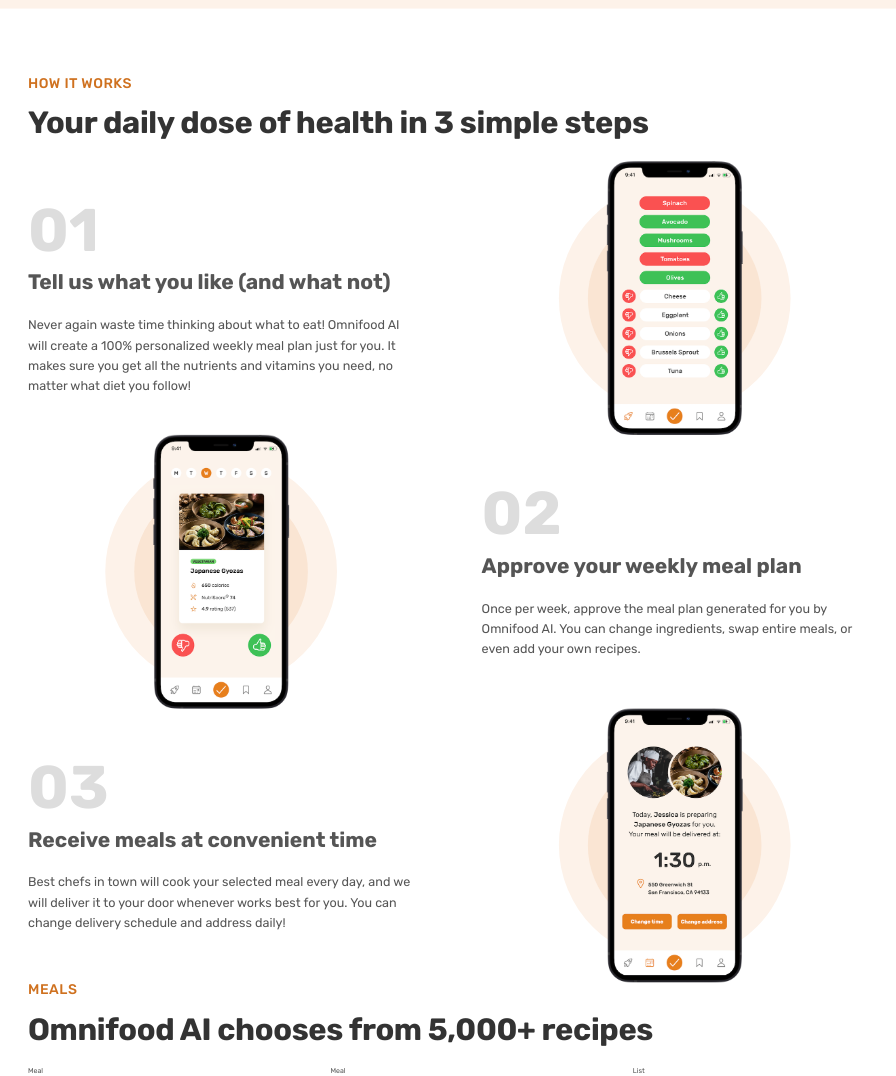
Repository: WefsCao/Omnifood
Page: index.html
These files come from the project's save history. The page is drawn as it stood at one moment and after the next save; the edit follows.
The browser window is 1280 px wide. The pictures show the part of the page from y = 805 to 2725 px (the page is 2342 px tall before and 2725 px after), at 70% of full size.

Above is the page before, as saved 2022-06-05 14:34:26.

### index.html
<!DOCTYPE html>
<html lang="en">
  <head>
    <meta charset="UTF-8" />
    <meta http-equiv="X-UA-Compatible" content="IE=edge" />
    <meta name="viewport" content="width=device-width, initial-scale=1.0" />

    <link rel="preconnect" href="https://fonts.googleapis.com" />
    <link rel="preconnect" href="https://fonts.gstatic.com" crossorigin />
    <link
      href="https://fonts.googleapis.com/css2?family=Rubik:wght@400;500;600;700&display=swap"
      rel="stylesheet"
    />
    <link rel="stylesheet" href="./css/general.css" />
    <link rel="stylesheet" href="./css/style.css" />
    <title>Omnifood</title>
  </head>
  <body>
    <header class="header">
      <img class="logo" src="img/omnifood-logo.png" alt="heder of logo" />

      <nav class="nav-main">
        <ul class="nav-main-list">
          <li><a href="#" class="nav-main-link">How it works</a></li>
          <li><a href="#" class="nav-main-link">Meals</a></li>
          <li><a href="#" class="nav-main-link">Testimonial</a></li>
          <li><a href="#" class="nav-main-link">Pricing</a></li>
          <li><a href="#" class="nav-main-link nav-cta">Try for free</a></li>
        </ul>
      </nav>
    </header>
    <main>
      <section class="section-hero">
        <div class="hero">
          <div class="hero-text-box">
            <h1 class="heading-primary">
              A healthy meal delivered to your door, every single day
            </h1>
            <p class="hero-description">
              The smart 365-days-per-year food subscription that will make you
              eat healthy again. Tailored to your personal tastes and
              nutritional needs.
            </p>
            <a href="#" class="btn btn--full margin-ringht-sm"
              >Start eating well</a
            >
            <a href="#" class="btn btn--outline">Learn more &darr;</a>
            <div class="delivered-meals">
              <div class="delivered-imgs">
                <img src="img/customers/customer-1.jpg" />
                <img src="img/customers/customer-2.jpg" />
                <img src="img/customers/customer-3.jpg" />
                <img src="img/customers/customer-4.jpg" />
                <img src="img/customers/customer-5.jpg" />
                <img src="img/customers/customer-6.jpg" />
              </div>
              <div class="delivered-text">
                <span>250,000+ </span>meals last year!
              </div>
            </div>
          </div>
          <div class="hero-img-box">
            <img src="img/hero.png" alt="Hero of image" class="hero-img" />
          </div>
        </div>
      </section>
      <section class="section-how">
        <div class="step-title container">
          <span class="subtitle">How it works</span>
          <h2 class="heading-secondary">
            Your daily dose of health in 3 simple steps
          </h2>
        </div>

        <!-- STEP 01 -->
        <div class="step-content container grid grid--2-cols">
          <div class="step-text-box">
            <div class="step-number">01</div>
            <h3 class="heading-tertiary">
              Tell us what you like (and what not)
            </h3>
            <p class="step-text">
              Never again waste time thinking about what to eat! Omnifood AI
              will create a 100% personalized weekly meal plan just for you. It
              makes sure you get all the nutrients and vitamins you need, no
              matter what diet you follow!
            </p>
          </div>
          <div class="step-img-box">
            <img
              class="step-img"
              src="img/app/app-screen-1.png"
              alt="app screen 1"
            />
          </div>
        </div>
        <!-- STEP 02 -->
        <div class="step-content container grid grid--2-cols">
          <div class="step-img-box">
            <img
              class="step-img"
              src="img/app/app-screen-2.png"
              alt="app screen 2"
            />
          </div>
          <div class="step-text-box">
            <div class="step-number">02</div>
            <h3 class="heading-tertiary">Approve your weekly meal plan</h3>
            <p class="step-text">
              Once per week, approve the meal plan generated for you by Omnifood
              AI. You can change ingredients, swap entire meals, or even add
              your own recipes.
            </p>
          </div>
        </div>

        <!-- STEP 03 -->
        <div class="step-content container grid grid--2-cols">
          <div class="step-text-box">
            <div class="step-number">03</div>
            <h3 class="heading-tertiary">Receive meals at convenient time</h3>
            <p class="step-text">
              Best chefs in town will cook your selected meal every day, and we
              will deliver it to your door whenever works best for you. You can
              change delivery schedule and address daily!
            </p>
          </div>
          <div class="step-img-box">
            <img
              class="step-img"
              src="img/app/app-screen-3.png"
              alt="app screen 3"
            />
          </div>
        </div>
      </section>
      <section class="section-meals">
        <div class="container">
          <span class="subtitle">Meals</span>
          <h2 class="heading-secondary">
            Omnifood AI chooses from 5,000+ recipes
          </h2>
        </div>
        <div class="container grid grid--3-cols">
          <div class="meal">Meal</div>
          <div class="meal">Meal</div>
          <div class="list">List</div>
        </div>
      </section>
    </main>
  </body>
</html>

### css/general.css
/*
--- 01 TYPOGRAPHY
- Font size system (px)
    10 / 12 / 14 / 16 / 18 / 20 / 24 / 30 / 36 / 44 / 52 / 62 / 74 / 86 / 98

- Font weights:
Default: 400

- Line heights:
Default: 1
Small: 1.05


--- 02 COLOR

- Primary: #e67e22
- Tints: #fdf2e9
- Shades: #cf711f
- Accents:
- Grey:
 #555
 #333

 --- 05 SHADOW

 --- 06 BORDER RADIUS
 - Default: 9px

 --- 07 WHITE SPACES
 - Spacing system (px)
 2 / 4 / 8 / 12 / 16 / 24 / 32 / 48 / 64 / 80 / 96 / 128
*/
html {
  font-size: 62.5%;
}
* {
  margin: 0;
  padding: 0;
  box-sizing: border-box;
}
body {
  font-family: "Rubik", sans-serif;
  color: #555;
  font-weight: 400;
  line-height: 1;
}

/****************************************/
/* GENERAL REUSE COMPONENTS */
/****************************************/
.heading-primary,
.heading-secondary {
  line-height: 1.05;
  color: #333;
  font-weight: 700;
  letter-spacing: -0.5px;
  margin-bottom: 3.2rem;
}
.heading-primary {
  font-size: 5.2rem;
}

.btn--full:link,
.btn--full:visited {
  background-color: #e67e22;
  color: #fff;
}
.btn--full:hover,
.btn--full:active {
  background-color: #cf711f;
}
.margin-ringht-sm {
  margin-right: 1.6rem;
}

.grid {
  display: grid;
  align-items: center;
  column-gap: 6.4rem;
  row-gap: 9.6rem;
  gap: 9.6rem;
  margin-bottom: 9.6rem;
}
.grid--2-cols {
  grid-template-columns: repeat(2, 1fr);
}
.grid--3-cols {
  grid-template-columns: repeat(3, 1fr);
}
.container {
  max-width: 120rem;
  margin: 0 auto;
}

/*************************************/
/* HELPER CLASSES */
/*************************************/

### css/style.css
/****************************************/
/* HEADER */
/****************************************/
.header {
  display: flex;
  align-items: center;
  justify-content: space-between;
  height: 9.6rem;
  padding: 0 4.8rem;
  background-color: #fdf2e9;
}
.logo {
  height: 2.2rem;
}

/****************************************/
/* NAVIGATION */
/****************************************/

.nav-main-list {
  display: flex;
  align-items: center;
  gap: 3.2rem;
  list-style: none;
}
.nav-main-link:link,
.nav-main-link:visited {
  color: #333;
  font-size: 1.8rem;
  font-weight: 600;
  text-decoration: none;
  transition: all 0.3s;
}
.nav-main-link:hover,
.nav-main-link:active {
  color: #e67e22;
}

.nav-main-link.nav-cta:link,
.nav-main-link.nav-cta:visited {
  padding: 1.2rem 2.4rem;
  background-color: #e67e22;
  border-radius: 9px;
  color: #fff;
}
.nav-main-link.nav-cta:hover,
.nav-main-link.nav-cta:active {
  background-color: #cf711f;
}

/****************************************/
/* HERO */
/****************************************/
.section-hero {
  background-color: #fdf2e9;
  padding: 4.8rem 0 9.6rem 0;
}

.hero {
  display: grid;
  grid-template-columns: 1fr 1fr;
  gap: 4.8rem;
  align-items: center;
  max-width: 130rem;
  padding: 0 3.2rem;
  margin: 0 auto;
}

.hero-description {
  font-size: 2rem;
  line-height: 1.6;
  margin-bottom: 4.8rem;
}
.btn:link,
.btn:visited {
  outline: none;
  display: inline-block;
  padding: 1.6rem 3.2rem;
  font-size: 1.8rem;
  font-weight: 700;
  border-radius: 9px;
  text-decoration: none;
  transition: all 0.3s;
}

.btn--outline:link,
.btn--outline:visited {
  background-color: #fff;
  color: #555;
}
.btn--outline:hover,
.btn--outline:active {
  background-color: #fdf2e9;
  box-shadow: inset 0 0 0 3px #fff;
}

.delivered-meals {
  display: flex;
  align-items: center;
  gap: 1.6rem;
  margin-top: 8rem;
}
.delivered-imgs {
  display: flex;
}
.delivered-imgs img {
  width: 4.8rem;
  height: 4.8rem;
  border-radius: 50%;
  border: 3px solid #fdf2e9;
  margin-right: -1.6rem;
}
.delivered-imgs img:last-child {
  margin: 0;
}
.delivered-text {
  font-size: 2rem;
}
.delivered-text span {
  font-weight: 700;
  color: #cf711f;
}
.hero-img {
  width: 100%;
}

/****************************************/
/* HOW IT WORKS SECTION  */
/****************************************/

.step-title {
  margin-top: 9.6rem;
}
.step-content {
  /* margin-top: 9.6rem; */
}
.subtitle {
  letter-spacing: 0.75px;
  text-transform: uppercase;
  color: #cf711f;
  font-weight: 500;
  font-size: 2rem;
}
.heading-secondary {
  font-size: 4.4rem;
  margin-top: 2.4rem;
}
.step-number {
  font-size: 8.6rem;
  font-weight: 700;
  color: #ddd;
  margin-bottom: 1.6rem;
}
.heading-tertiary {
  font-size: 3rem;
  font-weight: 700;
}
.step-img-box {
  position: relative;
  display: flex;
  align-items: center;
  justify-content: center;
}
.step-img-box::before,
.step-img-box::after {
  content: "";
  display: block;
  position: absolute;
  border-radius: 50%;
  top: 50%;
  left: 50%;
  transform: translate(-50%, -50%);
}
.step-img-box::before {
  width: 60%;
  padding-bottom: 60%;
  background-color: #fdf2e9;
  z-index: -2;
}
.step-img-box::after {
  width: 45%;
  padding-bottom: 45%;
  background-color: #fae5d3;
  z-index: -1;
}
.step-text {
  margin-top: 3.2rem;
  font-size: 1.8rem;
  line-height: 1.6;
}
.step-img {
  width: 35%;
}

After the next save:
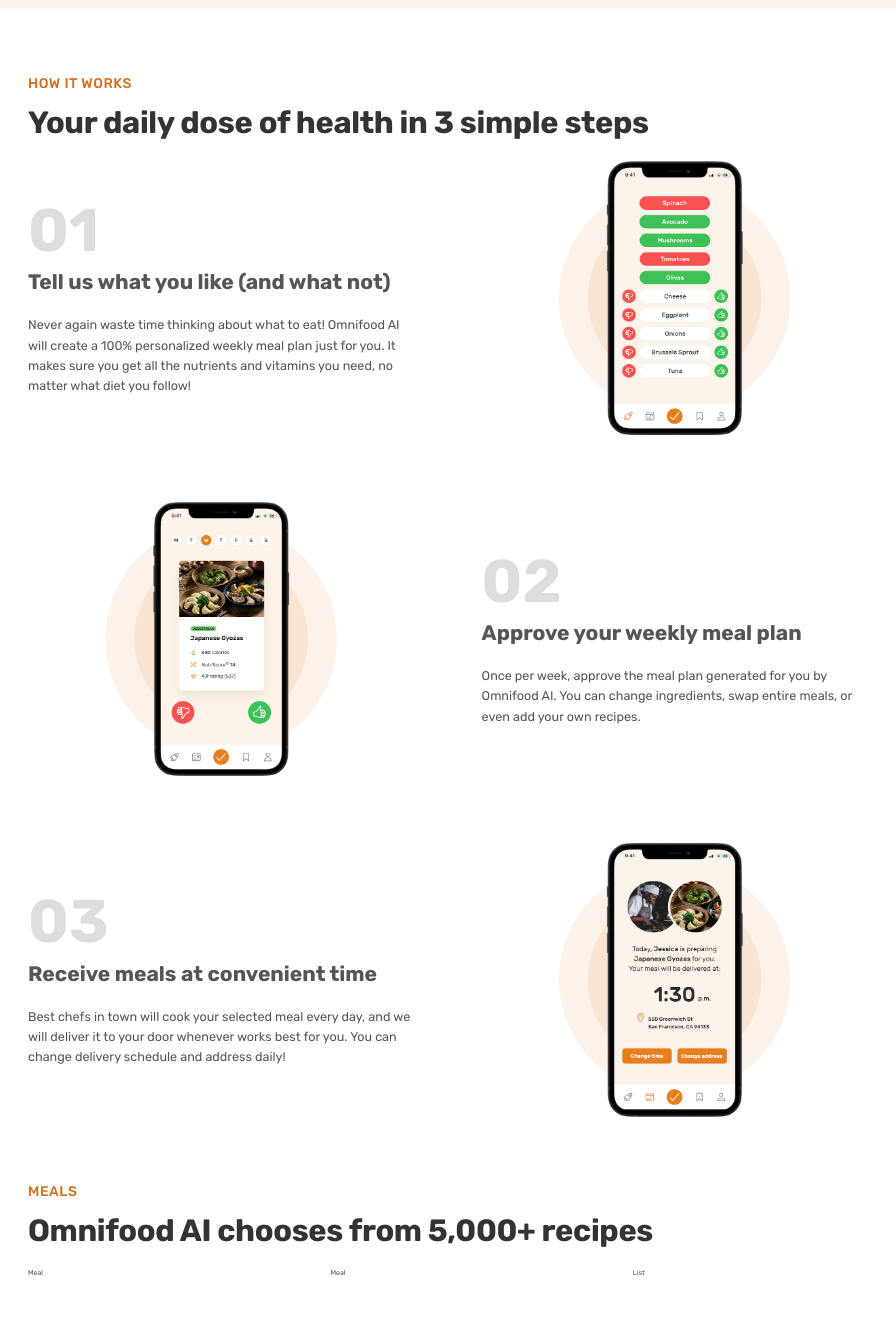
Saved 32 s later.
--- a/css/general.css
+++ b/css/general.css
@@ -79,7 +79,7 @@
   column-gap: 6.4rem;
   row-gap: 9.6rem;
   gap: 9.6rem;
-  margin-bottom: 9.6rem;
+  padding-bottom: 9.6rem;
 }
 .grid--2-cols {
   grid-template-columns: repeat(2, 1fr);
